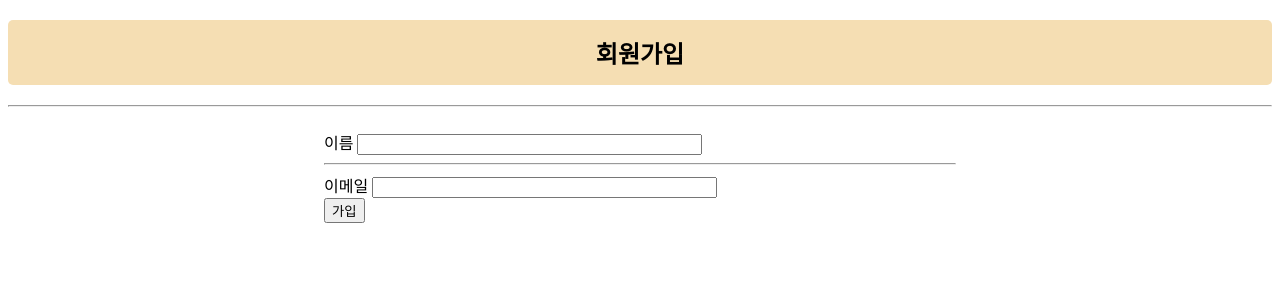
Repository: Hwater00/JSP-practice
Page: javaWorkspace/jwbook/src/main/webapp/ch03/rdgform.html
An editor plug-in stored every save of this project. The page is shown before and after the next save, followed by the edit.
The browser window is 1280 px wide. The pictures show the whole page.

Above is the page before, as saved 2023-07-26 08:17:15.

After the next save:
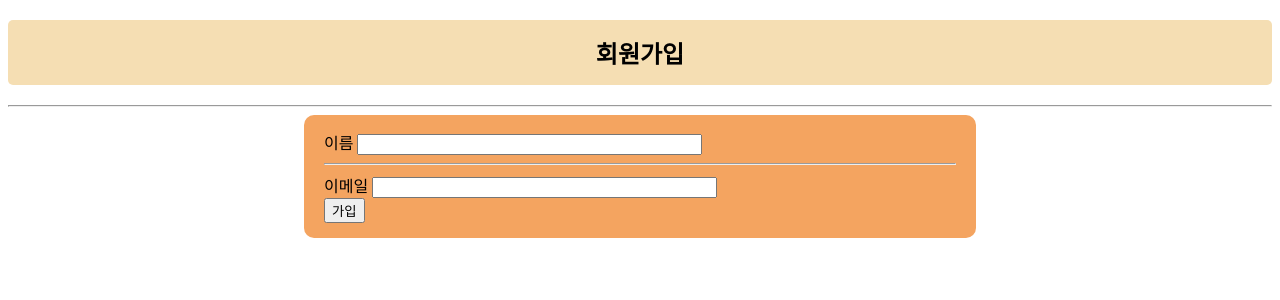
Saved 102 s later.
--- a/javaWorkspace/jwbook/src/main/webapp/ch03/rdgform.html
+++ b/javaWorkspace/jwbook/src/main/webapp/ch03/rdgform.html
@@ -15,7 +15,7 @@
 		border-radius: 10px;
 		margin: auto;
 		width: 50%;
-		background-color: sandyrown;
+		background-color:sandybrown;
 	}
 </style>
 </head>
